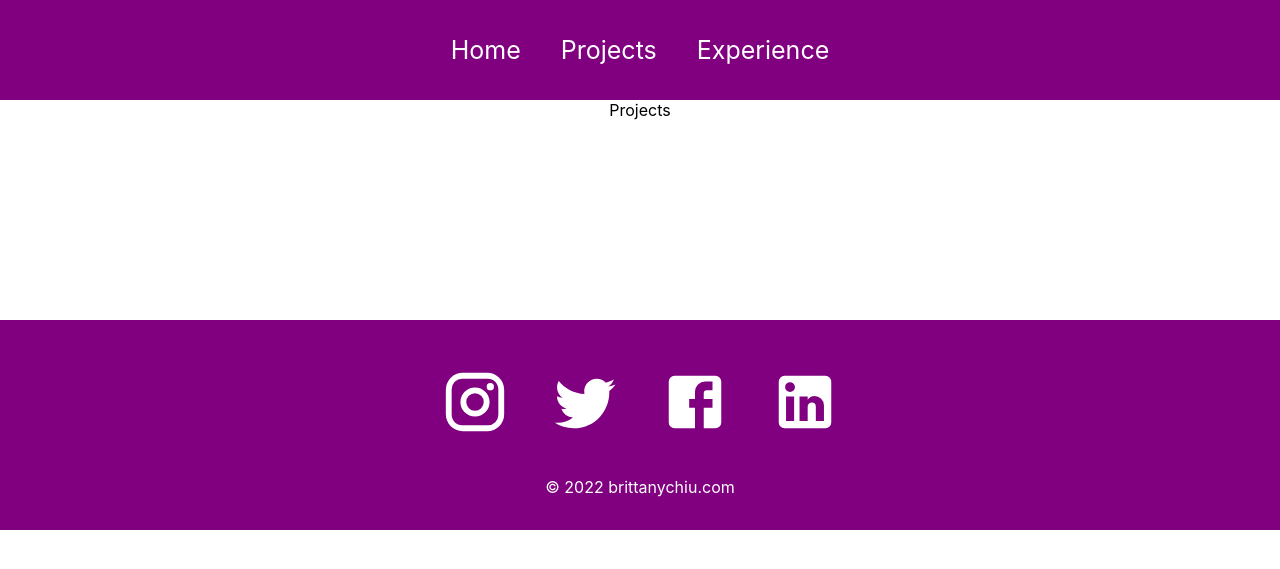
Repository: chiubacca94/chiufolio
Page: /projects
The author's editor kept a copy of each file at every save. The page is drawn from the files as they stood at one save, then again after the next save.
The browser window is 1280 px wide. The pictures show the whole page.
The project was rebuilt for these pictures with package versions that can differ from the ones it lists, and the page was loaded fresh each time. Also part of the build but not shown: src/components/Home/Home.js, src/components/Experiences/Experiences.js.

Above is the page before, as saved 2022-07-03 22:25:33.

After the next save:
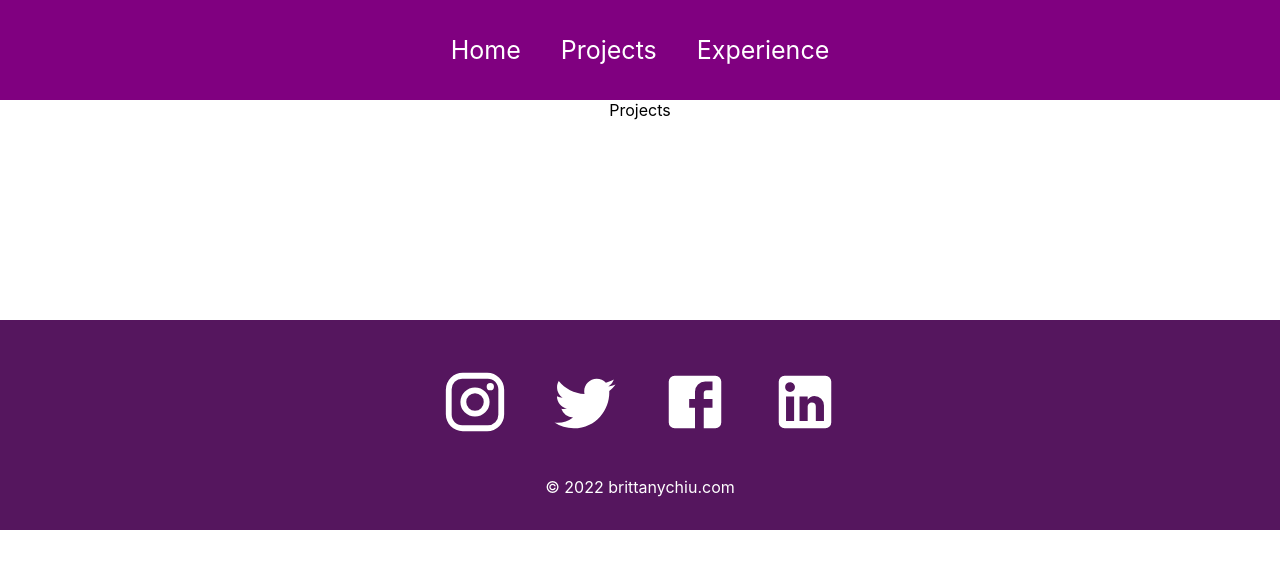
Saved 19 s later.
--- a/src/components/Footer/Footer.css
+++ b/src/components/Footer/Footer.css
@@ -1,7 +1,7 @@
 .footer {
     width: 100%;
     height: 200px;
-    background: purple;
+    background: #55165e;
     display: flex;
     justify-content: center;
     align-items: center;
